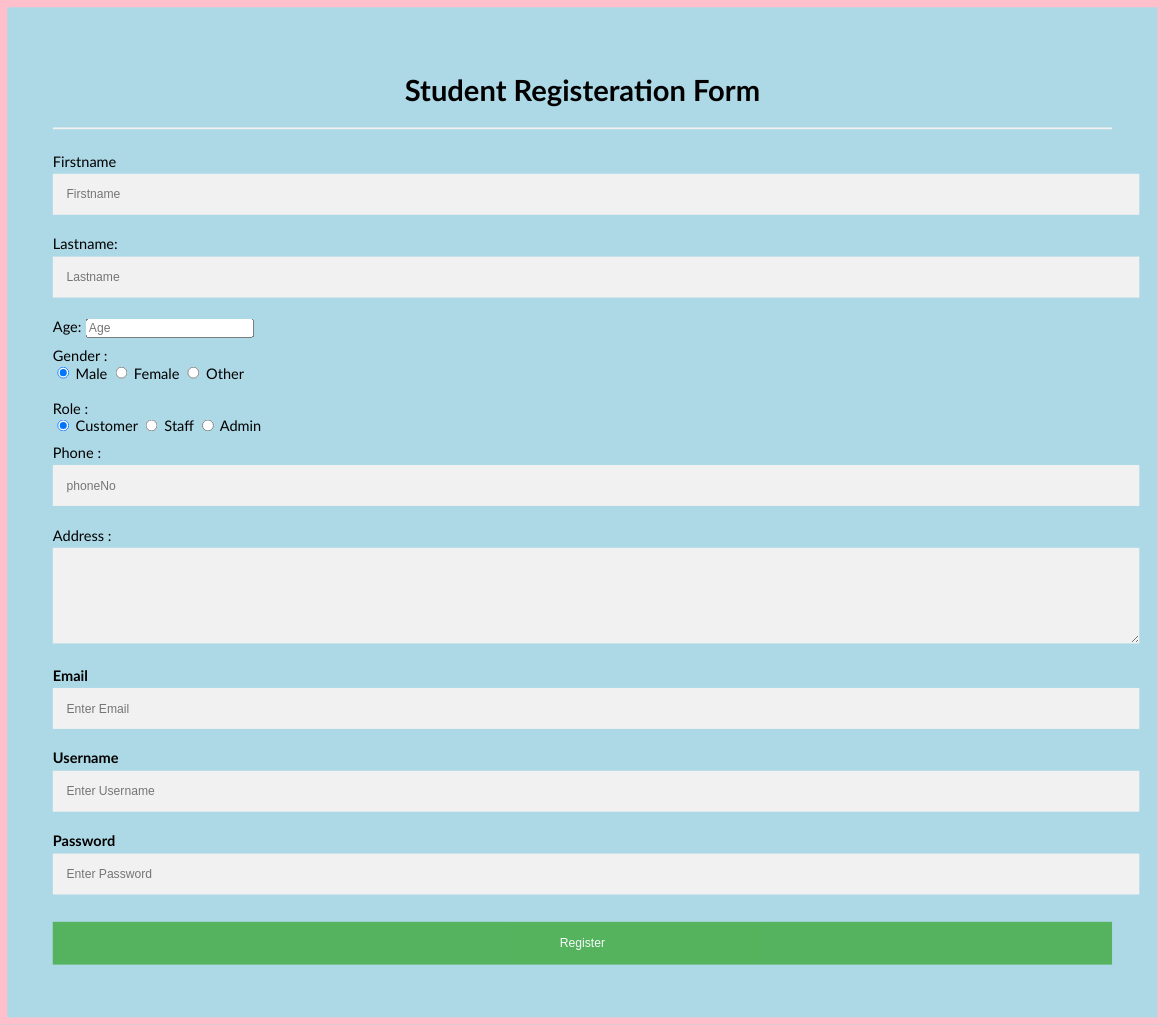
Repository: shivambhat45/Tour-Booking
Page: http://localhost/booking
The author's editor kept a copy of each file at every save. The page is drawn from the files as they stood at one save, then again after the next save.
The browser window is 1280 px wide. The pictures show the whole page, at 91% of full size.
The page is this project's Thymeleaf template; nobody is signed in. The template is opened directly, without the code that normally fills it, so the values that code supplies are empty.

Above is the page before, as saved 2022-10-28 10:37:09.

### frontend-ui/src/main/resources/templates/booking.html
<!DOCTYPE html>
<html>
<head>
<meta name="viewport" content="width=device-width, initial-scale=1">
<style>
body{
  font-family: Calibri, Helvetica, sans-serif;
  background-color: pink;
}
.container {
    padding: 50px;
  background-color: lightblue;
}

input[type=text], input[type=password], textarea {
  width: 100%;
  padding: 15px;
  margin: 5px 0 22px 0;
  display: inline-block;
  border: none;
  background: #f1f1f1;
}
input[type=text]:focus, input[type=password]:focus {
  background-color: orange;
  outline: none;
}
 div {
            padding: 10px 0;
         }
hr {
  border: 1px solid #f1f1f1;
  margin-bottom: 25px;
}
.registerbtn {
  background-color: #4CAF50;
  color: white;
  padding: 16px 20px;
  margin: 8px 0;
  border: none;
  cursor: pointer;
  width: 100%;
  opacity: 0.9;
}
.registerbtn:hover {
  opacity: 1;
}
</style>
</head>
<body>
<form action="register" method="POST">
  <div class="container">
  <center>  <h1> Student Registeration Form</h1> </center>
  <hr>
  <label>Firstname </label>
<input type="text" name="firstName" placeholder= "Firstname" size="15" required />
<label> Lastname: </label>
<input type="text" name="lastName" placeholder="Lastname" size="15"required />
<label> Age: </label>
<input type="number" name="age" placeholder="Age" size="15"required />
<div>
<label>
Gender :
</label><br>
<input type="radio" value="Male" name="gender" checked > Male
<input type="radio" value="Female" name="gender"> Female
<input type="radio" value="Other" name="gender"> Other

</div>
<div>
<label>
Role :
</label><br>
<input type="radio" value="CUSTOMER" name="role" checked > Customer
<input type="radio" value="STAFF" name="role"> Staff
<input type="radio" value="ADMIN" name="role"> Admin

</div>
<label>
Phone :
</label>
<input type="text" name="phone" placeholder="phoneNo" size="10"/ required>
Address :
<textarea cols="80" rows="5" placeholder="Address" value="address" required>
</textarea>
 <label for="email"><b>Email</b></label>
 <input type="text" placeholder="Enter Email" name="email" required>
 <label for="username"><b>Username</b></label>
 <input type="text" placeholder="Enter Username" name="username" required>

    <label for="psw"><b>Password</b></label>
    <input type="password" placeholder="Enter Password" name="password" required>
    <button type="submit" class="registerbtn">Register</button>
</form>
</body>
</html>

After the next save:
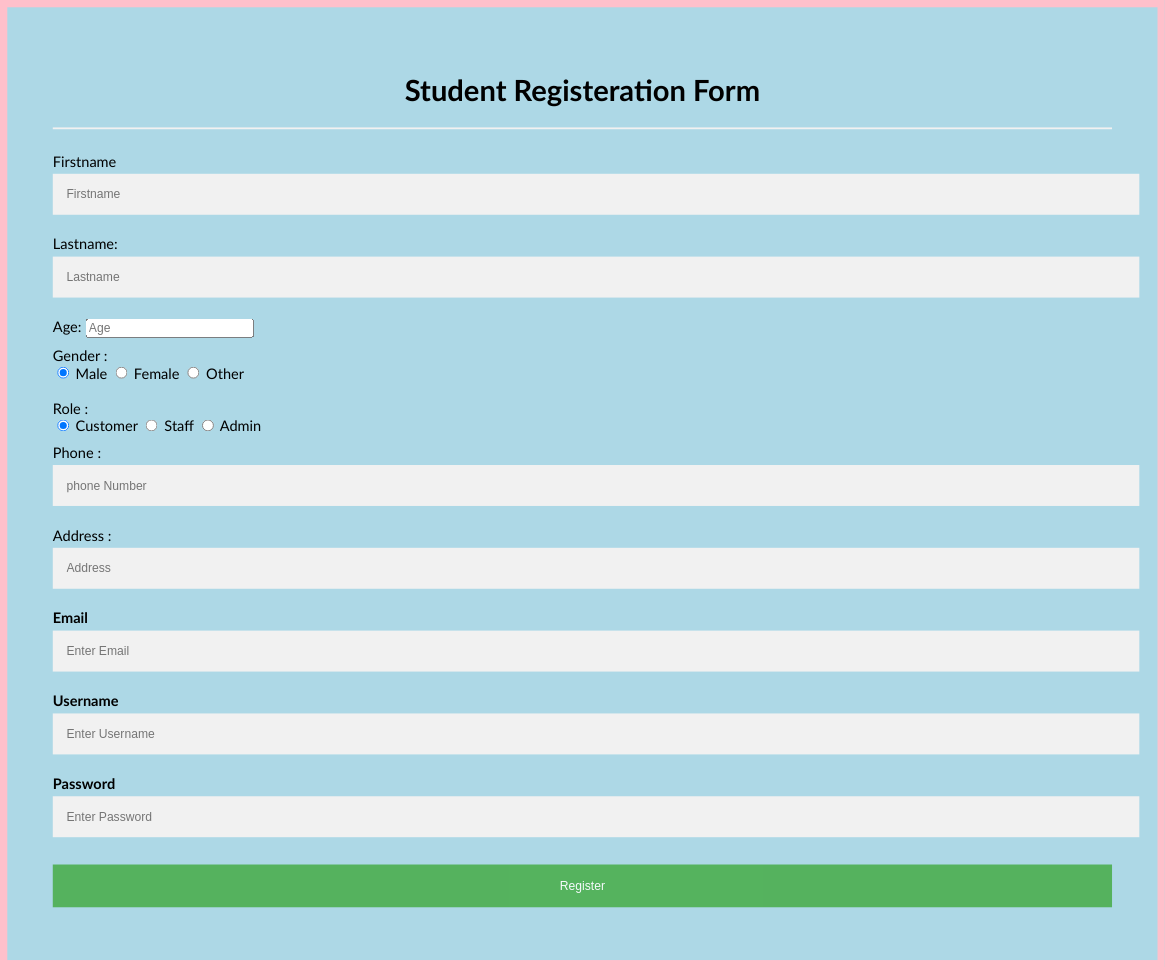
Saved 3 min 53 s later.
--- a/frontend-ui/src/main/resources/templates/booking.html
+++ b/frontend-ui/src/main/resources/templates/booking.html
@@ -78,9 +78,9 @@ Role :
 <label>
 Phone :
 </label>
-<input type="text" name="phone" placeholder="phoneNo" size="10"/ required>
+<input type="text" name="phoneNo" placeholder="phone Number" size="10"/ required>
 Address :
-<textarea cols="80" rows="5" placeholder="Address" value="address" required>
+<input type="text" name="address" placeholder="Address" size="20"/ required>
 </textarea>
  <label for="email"><b>Email</b></label>
  <input type="text" placeholder="Enter Email" name="email" required>
